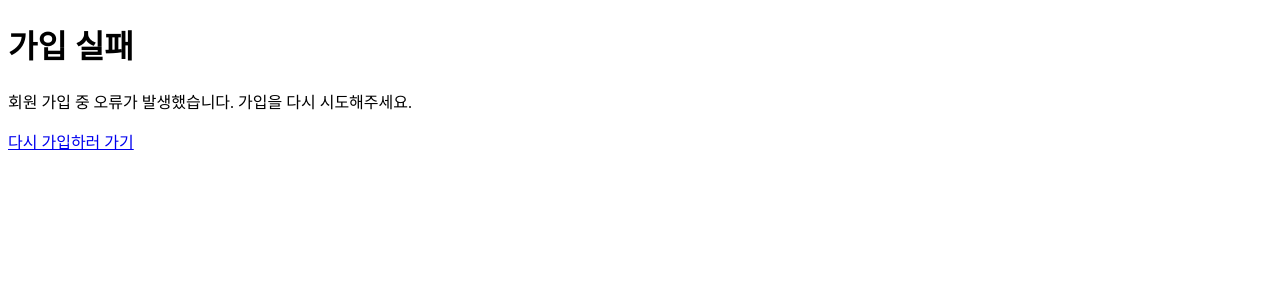
Repository: chanakoh/servlet
Page: http://localhost/Join/registe_error.jsp
These files come from the project's save history. The page is drawn as it stood at one moment and after the next save; the edit follows.
The browser window is 1280 px wide. The pictures show the whole page.
The page is served by Tomcat 9.

Above is the page before, as saved 2023-11-08 05:34:38.

After the next save:
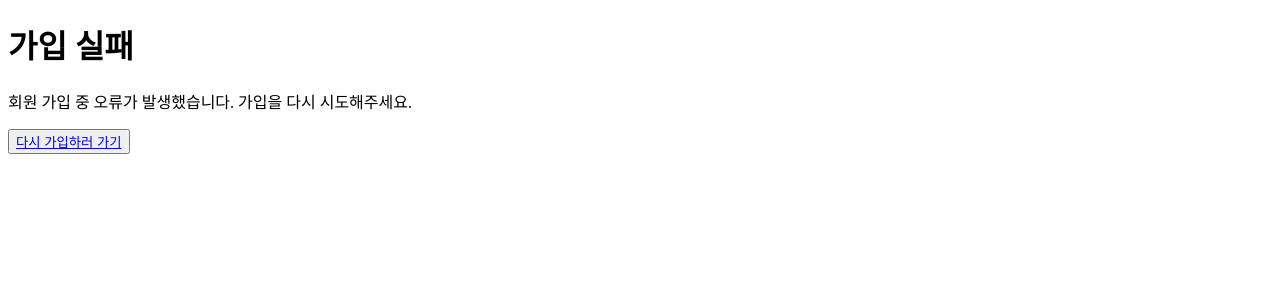
Saved 94 min 4 s later.
--- a/Join/src/main/webapp/registe_error.jsp
+++ b/Join/src/main/webapp/registe_error.jsp
@@ -9,6 +9,6 @@
 <body>
 <h1>가입 실패</h1>
 <p>회원 가입 중 오류가 발생했습니다. 가입을 다시 시도해주세요.</p>
-<a href="register.jsp">다시 가입하러 가기</a>
+<button><a href="register.jsp">다시 가입하러 가기</a></button>
 </body>
 </html>
